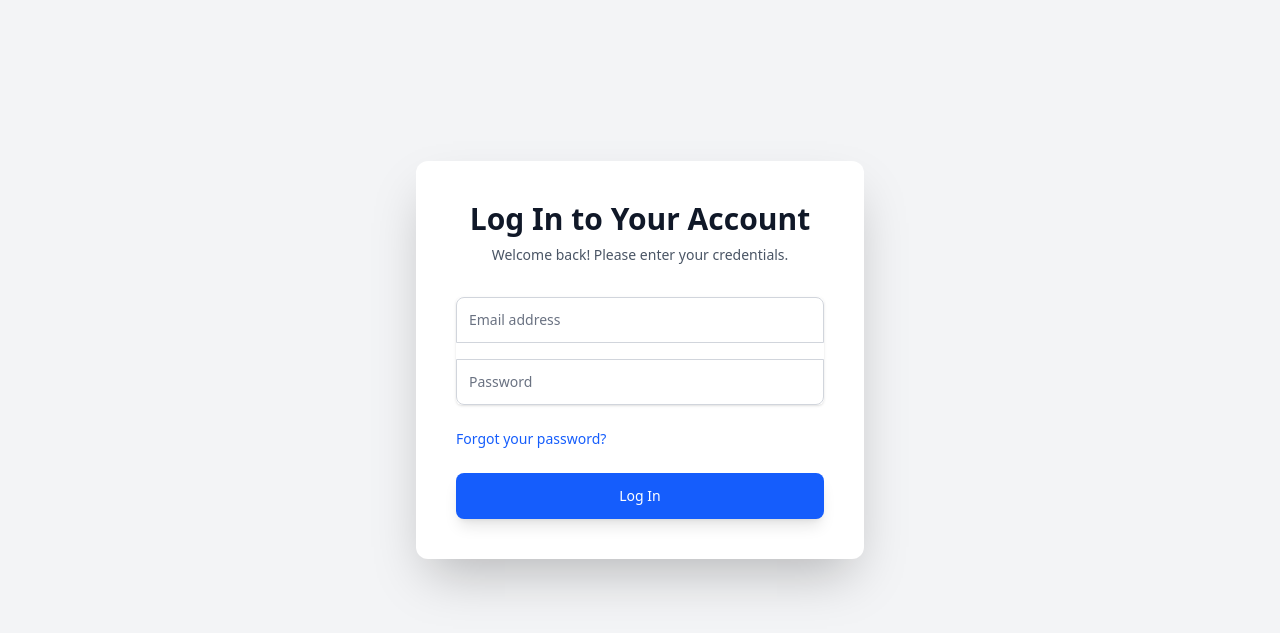
Repository: ehsanabbasifar-developer/next-store
Page: /login
An editor plug-in stored every save of this project. The page is shown before and after a run of saves, followed by the edit.
The browser window is 1280 px wide. The pictures show the whole page.
The project was rebuilt for these pictures with package versions that can differ from the ones it lists, and the page was loaded fresh each time. The framework's server and built-in components were replaced by stand-ins that run in the browser. Also part of the build but not shown: next.config.ts.

Above is the page before, as saved 2025-10-01 03:50:31.

After the next 7 saves:
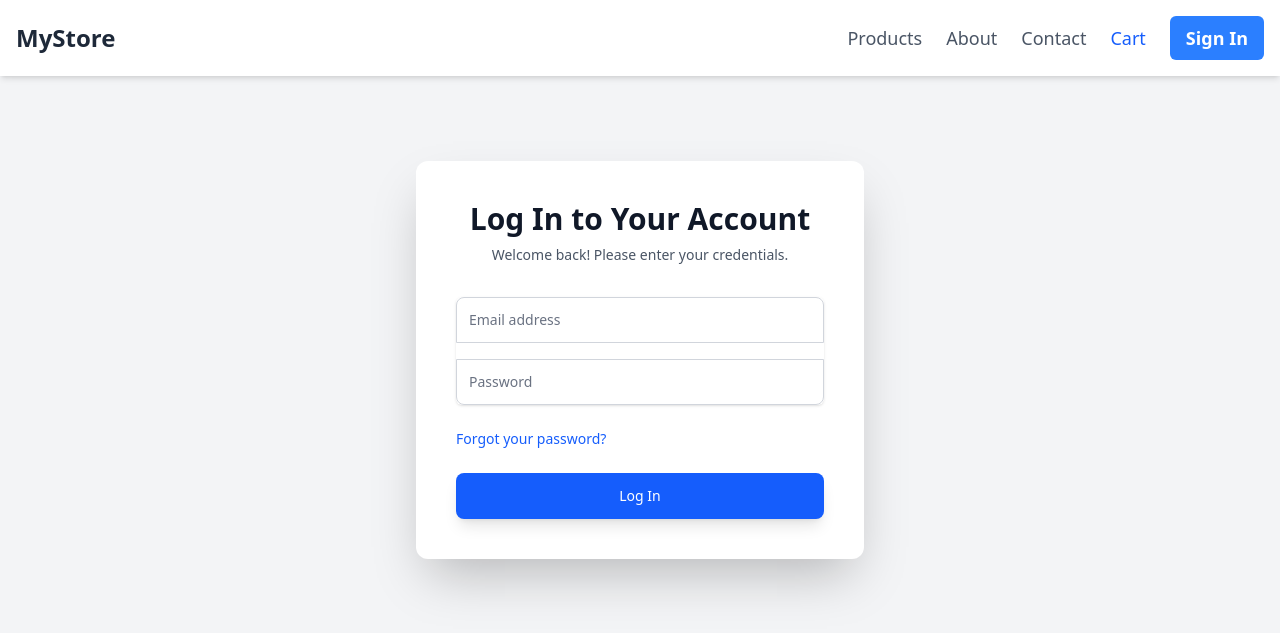
The 7 saves are shown as one change because 2 did not build or start and some came seconds apart.
The last was saved 51 s later.
--- a/src/app/login/page.tsx
+++ b/src/app/login/page.tsx
@@ -1,6 +1,11 @@
+import Navbar from "../features/header/NavBar";
+
 export default function LoginPage() {
   return (
     <div className="flex flex-col min-h-screen font-sans antialiased">
+      <header>
+        <Navbar />
+      </header>
       <main className="flex-grow flex items-center justify-center py-12 px-4 sm:px-6 lg:px-8 bg-gray-100">
         <div className="max-w-md w-full space-y-8 bg-white p-10 shadow-2xl rounded-xl">
           <div className="text-center">
